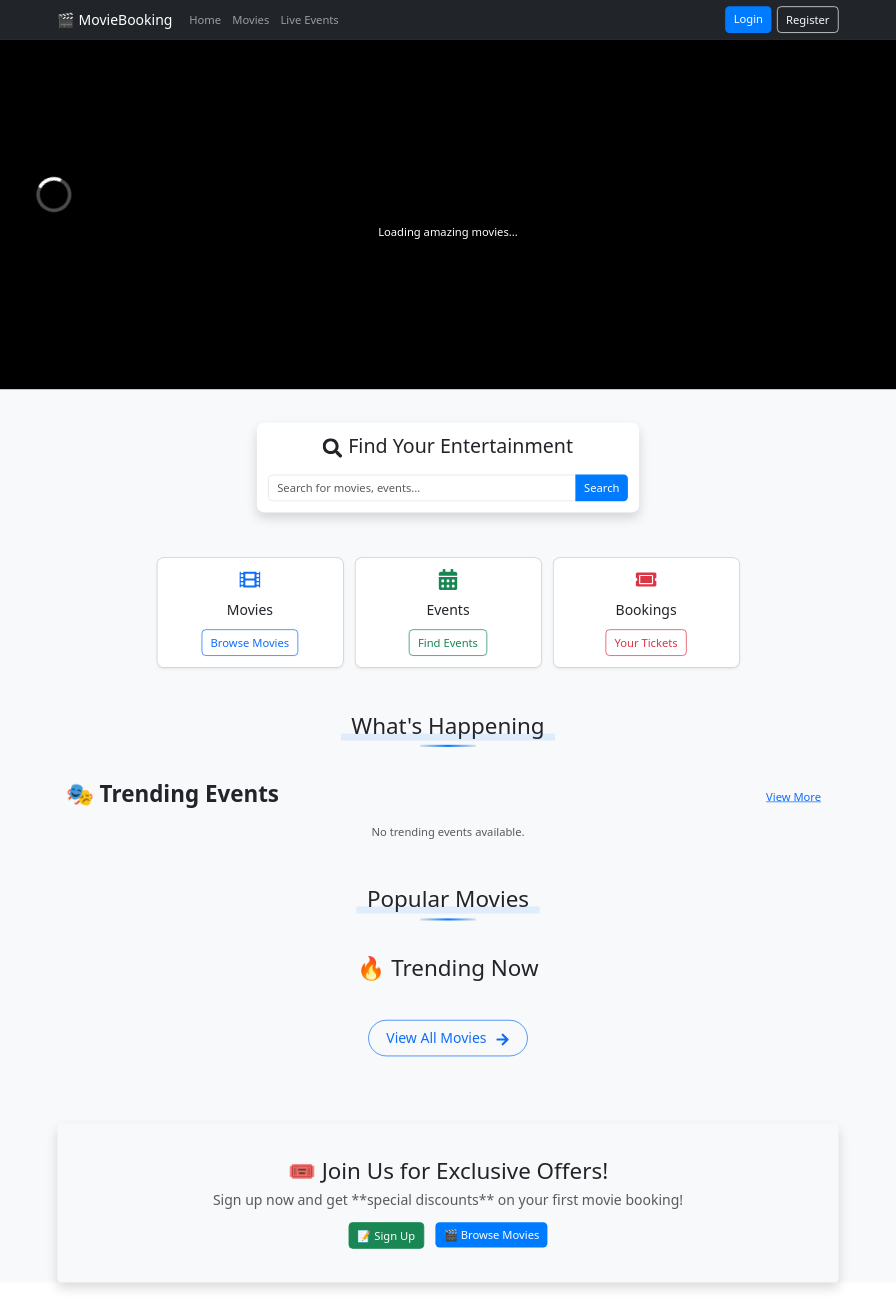
Repository: AshwinUgale/MovieBookingFrontend
Page: /
An editor plug-in stored every save of this project. The page is shown before and after the next save, followed by the edit.
The browser window is 1280 px wide. The pictures show the whole page, at 70% of full size.
The page's requests for data from a server got no answer. The project was rebuilt for these pictures with package versions that can differ from the ones it lists, and the page was loaded fresh each time. No one was signed in, and anything a server would have sent is missing. Also part of the build but not shown: src/pages/LoginPage.js, src/pages/RegisterPage.js, src/pages/DashboardPage.js, src/utils/PrivateRoute.js, src/components/GenreSection.js, src/pages/MovieList.js, src/pages/ShowtimesPage.js, src/pages/AdminMoviePage.js and 8 more.

Above is the page before, as saved 2025-03-31 00:57:15.

### src/index.js
import React from 'react';
import ReactDOM from 'react-dom/client';
import 'bootstrap/dist/css/bootstrap.min.css';


import App from './App';


const root = ReactDOM.createRoot(document.getElementById('root'));
root.render(
  <React.StrictMode>
    <App />
  </React.StrictMode>
);

### src/App.js
import { BrowserRouter as Router, Routes, Route } from "react-router-dom";
import HomePage from "./pages/HomePage";
import LoginPage from "./pages/LoginPage";
import RegisterPage from "./pages/RegisterPage";
import DashboardPage from "./pages/DashboardPage";
import PrivateRoute from "./utils/PrivateRoute";
import MovieList from "./pages/MovieList";
import ShowtimesPage from "./pages/ShowtimesPage";
import AdminMoviePage from "./pages/AdminMoviePage";
import AdminShowtimePage from "./pages/AdminShowtimePage";
import ShowtimePage from "./pages/ShowtimePage";
import PaymentPage from "./pages/PaymentPage";
import BookingHistoryPage from "./pages/BookingHistoryPage";
import CustomNavbar from "./components/Navbar";
import AuthProvider from "./context/AuthContext";
import Events from "./pages/Events";



function App() {
  return (
    <AuthProvider>
    <Router>
      <CustomNavbar/>
      <Routes>
        {/* Public Routes */}
        <Route path="/" element={<HomePage />} />
        <Route path="/login" element={<LoginPage />} />
        <Route path="/register" element={<RegisterPage />} />
        <Route path="/movies" element={<MovieList />} />  {/* ✅ Updated path */}
        <Route path="/events" element={<Events />} />
        <Route path="/showtimes/fake/:movieId" element={<ShowtimesPage />} />  {/* ✅ Updated path */}
        <Route path="/showtime/:showtimeId" element={<ShowtimePage />} />
        <Route path="/payment/:bookingId" element={<PaymentPage />} />

        {/* Protected Routes */}
        <Route path="/dashboard" element={<PrivateRoute component={DashboardPage} />} />
        <Route path="/admin/movies" element={<PrivateRoute component={AdminMoviePage} />} />
        <Route path="/admin/showtimes" element={<PrivateRoute component={AdminShowtimePage} />} />
        <Route path="/bookings" element={<PrivateRoute component={BookingHistoryPage} />} />
      </Routes>
    </Router>
    </AuthProvider>
  );
}

export default App;

### src/components/Navbar.js
import { Link } from "react-router-dom";
import { useContext } from "react";
import { AuthContext } from "../context/AuthContext"; // ✅ Import AuthContext
import { Navbar, Nav, Container, Button } from "react-bootstrap"; // ✅ Import Bootstrap components

const CustomNavbar = () => {
    const { isAuthenticated, logout } = useContext(AuthContext); // ✅ Use authentication state

    return (
        <Navbar bg="dark" variant="dark" expand="lg">
            <Container>
                <Navbar.Brand as={Link} to="/">🎬 MovieBooking</Navbar.Brand>
                <Navbar.Toggle aria-controls="basic-navbar-nav" />
                <Navbar.Collapse id="basic-navbar-nav">
                    <Nav className="me-auto">
                        <Nav.Link as={Link} to="/">Home</Nav.Link>
                        <Nav.Link as={Link} to="/movies">Movies</Nav.Link>
                        <Nav.Link as={Link} to="/events">Live Events</Nav.Link>
                        {isAuthenticated && <Nav.Link as={Link} to="/bookings">My Bookings</Nav.Link>}
                    </Nav>
                    <Nav>
                        {!isAuthenticated ? (
                            <>
                                <Button variant="primary" as={Link} to="/login" className="mx-2">Login</Button>
                                <Button variant="outline-light" as={Link} to="/register">Register</Button>
                            </>
                        ) : (
                            <Button variant="outline-light" onClick={logout}>Logout</Button>
                        )}
                    </Nav>
                </Navbar.Collapse>
            </Container>
        </Navbar>
    );
};

export default CustomNavbar;

### src/context/AuthContext.js
import { createContext, useState, useEffect } from "react";

export const AuthContext = createContext();

const AuthProvider = ({ children }) => {
    const [isAuthenticated, setIsAuthenticated] = useState(!!localStorage.getItem("token"));

    useEffect(() => {
        const handleStorageChange = () => {
            setIsAuthenticated(!!localStorage.getItem("token"));
        };

        window.addEventListener("storage", handleStorageChange);

        return () => {
            window.removeEventListener("storage", handleStorageChange);
        };
    }, []);

    const login = (token) => {
        localStorage.setItem("token", token);
        setIsAuthenticated(true);
    };

    const logout = () => {
        localStorage.removeItem("token");
        setIsAuthenticated(false);
    };

    return (
        <AuthContext.Provider value={{ isAuthenticated, login, logout }}>
            {children}
        </AuthContext.Provider>
    );
};

export default AuthProvider;

### src/components/TrendingMovies.js
import React, { useEffect, useState } from "react";
import api from "../services/api";
import { Card, Row, Col } from "react-bootstrap";

const TrendingMovies = () => {
  const [movies, setMovies] = useState([]);

  useEffect(() => {
    async function fetchMovies() {
      try {
        const response = await api.get("/movies");
        setMovies(response.data.slice(0, 6)); // Show 6 trending movies
      } catch (error) {
        console.error("Error fetching movies:", error);
      }
    }
    fetchMovies();
  }, []);

  return (
    <div className="container my-5">
      <h2 className="text-center">🔥 Trending Now</h2>
      <Row>
        {movies.map(movie => (
          <Col key={movie._id} md={4} className="mb-4">
            <Card>
              <Card.Img variant="top" src={movie.posterUrl || "/default-poster.jpg"} />
              <Card.Body>
                <Card.Title>{movie.title}</Card.Title>
                <a href={`/movies/${movie._id}`} className="btn btn-primary">View Details</a>
              </Card.Body>
            </Card>
          </Col>
        ))}
      </Row>
    </div>
  );
};

export default TrendingMovies;

### src/components/CallToAction.js
import React from "react";
import { Container, Button } from "react-bootstrap";
import { Link } from "react-router-dom";

const CallToAction = () => {
  return (
    <Container className="text-center my-5 py-5 bg-light rounded shadow">
      <h2 className="text-dark">🎟️ Join Us for Exclusive Offers!</h2>
      <p className="lead text-muted">
        Sign up now and get **special discounts** on your first movie booking!
      </p>
      <div className="d-flex justify-content-center">
        <Link to="/register">
          <Button variant="success" className="mx-2">📝 Sign Up</Button>
        </Link>
        <Link to="/movies">
          <Button variant="primary" className="mx-2">🎬 Browse Movies</Button>
        </Link>
      </div>
    </Container>
  );
};

export default CallToAction;

### src/components/TrendingEvents.js
import React, { useEffect, useState } from "react";
import { fetchEvents } from "../services/api";
import { Link } from "react-router-dom";
import { Container, Row, Col, Card, Button } from "react-bootstrap";

const TrendingEvents = () => {
  const [events, setEvents] = useState([]);

  useEffect(() => {
    const getEvents = async () => {
      const eventsData = await fetchEvents();

      // ✅ Remove duplicates and take the top 6
      const uniqueEvents = Array.from(new Map(eventsData.map(event => [event.id, event])).values());

      setEvents(uniqueEvents.slice(0, 6));
    };

    getEvents();
  }, []);

  return (
    <Container className="mt-5">
      <div className="d-flex justify-content-between align-items-center mb-3">
        <h2 className="fw-bold">🎭 Trending Events</h2>
        <Link to="/events" className="btn btn-link">View More</Link>
      </div>

      <Row className="g-4 justify-content-center">
        {events.length > 0 ? (
          events.map((event) => (
            <Col key={event.id} xs={12} sm={6} md={4} lg={3} xl={2}>
              <Card className="shadow-sm event-card border-0">
                {/* ✅ Better Image Handling */}
                <div className="event-image-container">
                  <Card.Img
                    variant="top"
                    src={event.images?.find(img => img.ratio === "16_9")?.url || event.images?.[0]?.url || "/fallback-event.jpg"}
                    alt={event.name}
                    className="event-image"
                    onError={(e) => { e.target.src = "/fallback-event.jpg"; }}
                  />
                </div>

                <Card.Body className="text-center">
                  <Card.Title className="text-truncate">{event.name}</Card.Title>
                  <Button
                    variant="primary"
                    size="sm"
                    href={event.url}
                    target="_blank"
                    rel="noopener noreferrer"
                    className="w-100"
                  >
                    View Details
                  </Button>
                </Card.Body>
              </Card>
            </Col>
          ))
        ) : (
          <p className="text-center text-muted col-12">No trending events available.</p>
        )}
      </Row>
    </Container>
  );
};

// ✅ Inject Styles Directly into the Page
const trendingEventsStyles = `
  .event-card {
    border-radius: 10px;
    overflow: hidden;
    transition: transform 0.2s ease-in-out;
  }

  .event-card:hover {
    transform: scale(1.05);
  }

  .event-image-container {
    height: 180px;
    display: flex;
    align-items: center;
    justify-content: center;
    background: #f0f0f0;
  }

  .event-image {
    width: 100%;
    height: 100%;
    object-fit: cover;
  }

  .btn-primary {
    background-color: #007bff;
    border: none;
    transition: background 0.3s ease;
  }

  .btn-primary:hover {
    background-color: #0056b3;
  }
`;

const styleTag = document.createElement("style");
styleTag.innerHTML = trendingEventsStyles;
document.head.appendChild(styleTag);

export default TrendingEvents;

### src/services/api.js
import axios from "axios";

const api = axios.create({
  baseURL: "http://localhost:5000/api",
  headers: {
    "Content-Type": "application/json",
  },
});


api.interceptors.request.use((config) => {
  const token = localStorage.getItem("token");
  if (token) {
    config.headers.Authorization = `Bearer ${token}`;
  }
  return config;
});

export const fetchMovies = async () => {
  const response = await api.get("/movies");
  return response.data;
};


export const fetchShowtimes = async (movieId) => {
  try {
    const response = await api.get(`/showtimes/fake?movie=${movieId}`);
    console.log("🎬 API response:", response.data);
    return response.data;
  } catch (error) {
    console.error("Error fetching showtimes:", error);
    return [];
  }
};



export const addMovie = async (movieData) => {
  const token = localStorage.getItem("token");
  const response = await api.post("/movies", movieData, {
    headers: { Authorization: `Bearer ${token}` },
  });
  return response.data;
};

export const addShowtime = async (showtimeData) => {
  const token = localStorage.getItem("token");
  const response = await api.post("/showtimes", showtimeData, {
    headers: { Authorization: `Bearer ${token}` },
  });
  return response.data;
};


export const fetchSeats = async (showtimeId) => {
  try {
    const response = await api.get(`/showtimes/${showtimeId}`);
    console.log("🎯 Seat API response:", response.data);

    if (response.data && Array.isArray(response.data.availableSeats) && response.data.availableSeats.length > 0) {
      return response.data.availableSeats;
    } else {
      console.warn("🚨 No availableSeats or empty, falling back.");
      return generateReducedSeats();
    }
  } catch (error) {
    console.error("❌ Error fetching seats:", error);
    return generateReducedSeats();
  }
};


// ✅ Function to Generate a Reduced Theater Layout (30-40% fewer seats)
const generateReducedSeats = () => {
  const sections = ["VIP", "Platinum", "Gold", "Silver", "Economy"];
  let generatedSeats = [];

  sections.forEach((section) => {
    for (let row = 1; row <= 5; row++) { // Reduced from 7 to 5 rows
      for (let seat = 1; seat <= 8; seat++) { // Reduced from 12 to 8 seats per row
        generatedSeats.push({
          id: `${section}-${row}-${seat}`,
          number: `${section[0]}${row}${seat}`, // Example: V12, P32
          type: section,
          booked: Math.random() < 0.1 // 10% seats randomly booked
        });
      }
    }
  });

  return generatedSeats;
};




export const bookSeats = async (showtimeId, selectedSeats) => {
  const response = await api.post("/bookings", {
    showtimeId,
    seats: selectedSeats,
  });
  return response.data;
};


export const mockPayment = async (bookingId) => {
  try {
      const response = await api.post("/payments/pay", { bookingId });
      return response.data;
  } catch (error) {
      console.error("Error processing mock payment:", error);
      throw error;
  }
};

export const fetchBookingHistory = async () => {
  try {
      const response = await api.get("/bookings/history");  // GET request
      return response.data;
  } catch (error) {
      console.error("Error fetching booking history:", error);
      throw error;
  }
};


export const cancelBooking = async (bookingId) => {
  try {
      const response = await api.delete(`/bookings/${bookingId}`); // DELETE request
      return response.data;
  } catch (error) {
      console.error("Error canceling booking:", error);
      throw error;
  }
};

export const fetchEvents = async (city = "", category = "") => {
  try {
    let url = "/ticketmaster/events";

    const queryParams = [];
    if (city) queryParams.push(`city=${encodeURIComponent(city)}`);
    if (category) queryParams.push(`category=${category}`);

    if (queryParams.length > 0) {
      url += "?" + queryParams.join("&");
    }

    console.log("🔍 Fetching events from:", url); // Debugging API request

    const response = await api.get(url);
    console.log("✅ Received Events Data:", response.data); // Debugging API response

    return response.data;
  } catch (error) {
    console.error("❌ Error fetching live events:", error.response?.data || error.message);
    return [];
  }
};




export default api;

Loaded but not shown: public/index.html (common file); src/components/HeroSection.js (545 lines, source omitted); src/pages/HomePage.js (215 lines, source omitted)

After the next save:
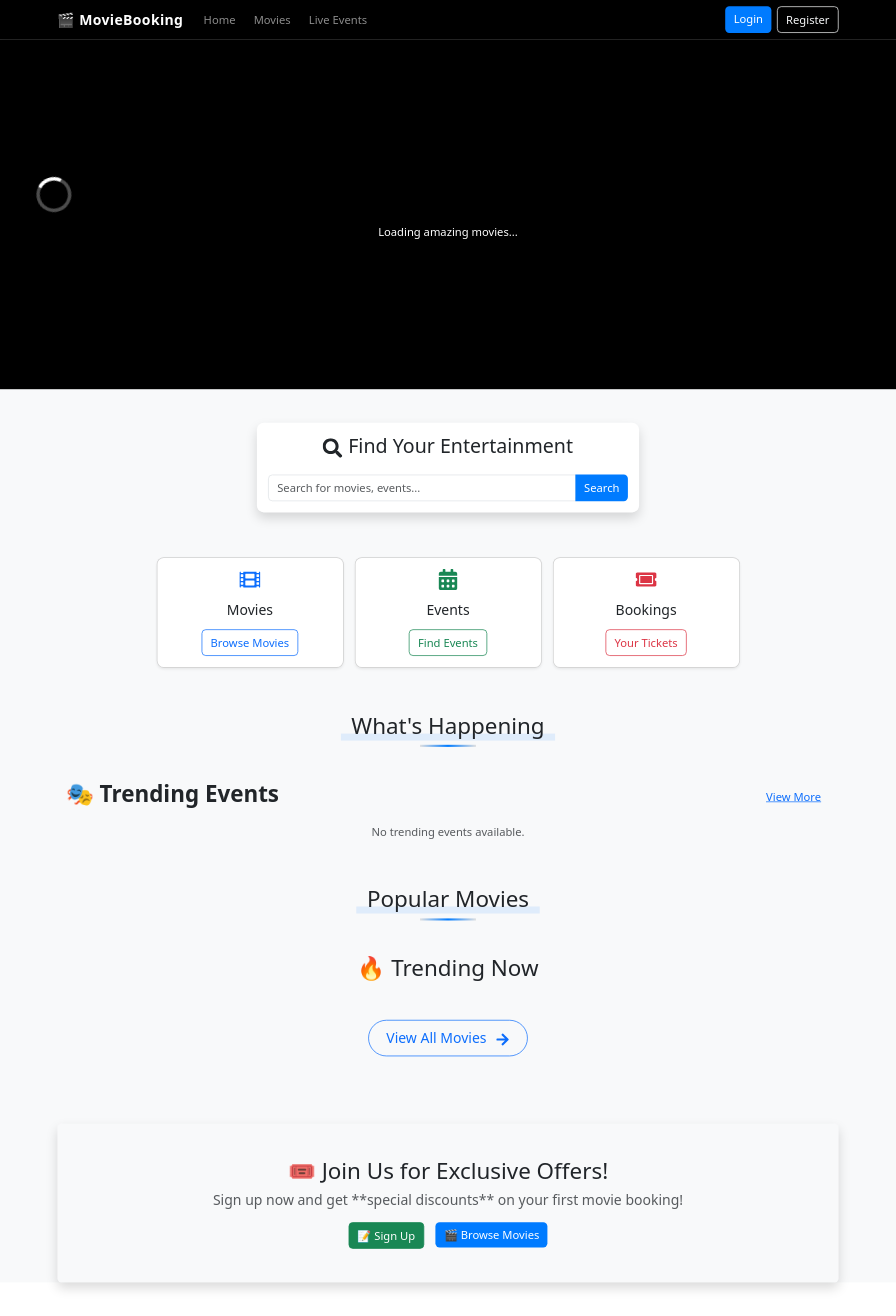
Saved 56 s later.
--- a/src/components/Navbar.js
+++ b/src/components/Navbar.js
@@ -7,16 +7,16 @@ const CustomNavbar = () => {
     const { isAuthenticated, logout } = useContext(AuthContext); // ✅ Use authentication state
 
     return (
-        <Navbar bg="dark" variant="dark" expand="lg">
+        <Navbar bg="black" variant="dark" expand="lg" className="custom-navbar">
             <Container>
-                <Navbar.Brand as={Link} to="/">🎬 MovieBooking</Navbar.Brand>
+                <Navbar.Brand as={Link} to="/" className="brand-text">🎬 MovieBooking</Navbar.Brand>
                 <Navbar.Toggle aria-controls="basic-navbar-nav" />
                 <Navbar.Collapse id="basic-navbar-nav">
                     <Nav className="me-auto">
-                        <Nav.Link as={Link} to="/">Home</Nav.Link>
-                        <Nav.Link as={Link} to="/movies">Movies</Nav.Link>
-                        <Nav.Link as={Link} to="/events">Live Events</Nav.Link>
-                        {isAuthenticated && <Nav.Link as={Link} to="/bookings">My Bookings</Nav.Link>}
+                        <Nav.Link as={Link} to="/" className="nav-link-custom">Home</Nav.Link>
+                        <Nav.Link as={Link} to="/movies" className="nav-link-custom">Movies</Nav.Link>
+                        <Nav.Link as={Link} to="/events" className="nav-link-custom">Live Events</Nav.Link>
+                        {isAuthenticated && <Nav.Link as={Link} to="/bookings" className="nav-link-custom">My Bookings</Nav.Link>}
                     </Nav>
                     <Nav>
                         {!isAuthenticated ? (
@@ -34,4 +34,48 @@ const CustomNavbar = () => {
     );
 };
 
+// Add styles for the navbar to match carousel background
+const navbarStyle = `
+    .custom-navbar {
+        background-color: #000 !important;
+        box-shadow: 0 2px 10px rgba(0,0,0,0.2);
+    }
+
+    .brand-text {
+        font-weight: 600;
+        letter-spacing: 0.5px;
+    }
+
+    .nav-link-custom {
+        margin: 0 5px;
+        transition: color 0.2s ease;
+        position: relative;
+    }
+
+    .nav-link-custom:after {
+        content: '';
+        position: absolute;
+        bottom: 0;
+        left: 50%;
+        transform: translateX(-50%);
+        width: 0;
+        height: 2px;
+        background-color: #007bff;
+        transition: width 0.3s ease;
+    }
+
+    .nav-link-custom:hover:after {
+        width: 100%;
+    }
+
+    .nav-link-custom:hover {
+        color: #fff !important;
+    }
+`;
+
+// Inject styles
+const styleTag = document.createElement("style");
+styleTag.innerHTML = navbarStyle;
+document.head.appendChild(styleTag);
+
 export default CustomNavbar;
